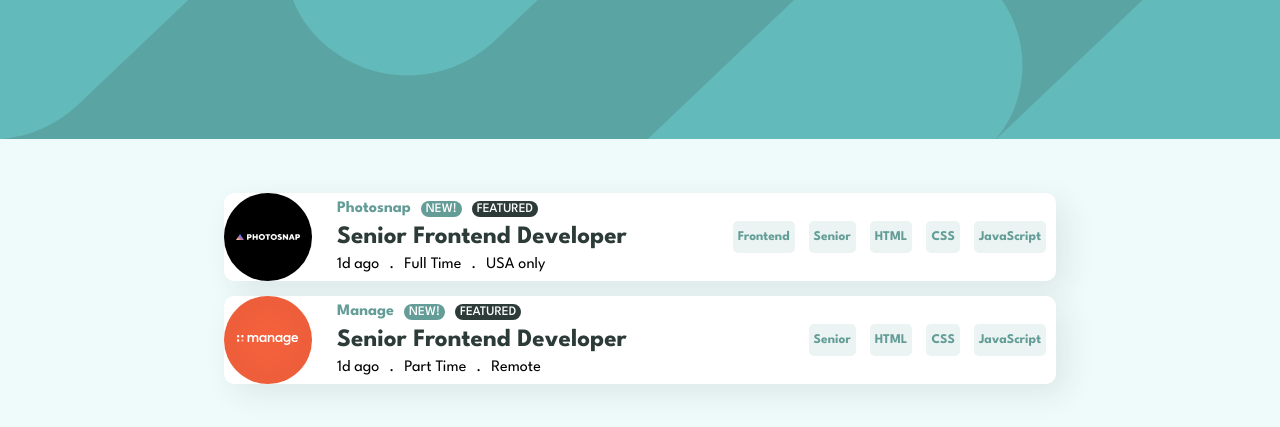
Repository: Eldream12/JobListing
Page: index.html
An editor plug-in stored every save of this project. The page is shown before and after a run of saves, followed by the edit.
The browser window is 1280 px wide. The pictures show the whole page.

Above is the page before, as saved 2025-03-31 21:54:13.

### index.html
<!DOCTYPE html>
<html lang="en">
	<head>
		<meta charset="UTF-8" />
		<meta name="viewport" content="width=device-width, initial-scale=1.0" />
		<title>Job Listing</title>
		<link rel="stylesheet" href="style/style.css" />
	</head>

	<body>
		<header>
			<div>
				<img src="Images/bg-header-desktop.svg" alt="NavHeader" />
			</div>
		</header>

		<main>
			<div class="content-carrier">
				<div class="content">
					<div class="ctn">
						<img src="Images/photosnap.svg" alt="photosnap" />
						<div class="content-text">
							<div class="txt-1">
								<h4>Photosnap</h4>
								<div class="btn-1">
									<button>NEW!</button>
								</div>
								<div class="btn-2">
									<button>FEATURED</button>
								</div>
							</div>
							<div class="txt-2">
								<h2>Senior Frontend Developer</h2>
							</div>
							<div class="txt-3">
								<p>1d ago</p>
								<p>.</p>
								<p>Full Time</p>
								<p>.</p>
								<p>USA only</p>
							</div>
						</div>
					</div>

					<div class="btn">
						<button>Frontend</button>
						<button>Senior</button>
						<button>HTML</button>
						<button>CSS</button>
						<button>JavaScript</button>
					</div>
				</div>

				<div class="content">
					<div class="ctn">
						<img src="Images/manage.svg" alt="photosnap" />
						<div class="content-text">
							<div class="txt-1">
								<h4>Manage</h4>
								<div class="btn-1">
									<button>NEW!</button>
								</div>
								<div class="btn-2">
									<button>FEATURED</button>
								</div>
							</div>
							<div class="txt-2">
								<h2>Senior Frontend Developer</h2>
							</div>
							<div class="txt-3">
								<p>1d ago</p>
								<p>.</p>
								<p>Part Time</p>
								<p>.</p>
								<p>Remote</p>
							</div>
						</div>
					</div>

					<div class="btn">
						<!-- <button>Frontend</button> -->
						<button>Senior</button>
						<button>HTML</button>
						<button>CSS</button>
						<button>JavaScript</button>
					</div>
				</div>
			</div>
		</main>
		<footer></footer>
	</body>
</html>

### style/style.css
@import url("https://fonts.googleapis.com/css2?family=League+Spartan:wght@100..900&display=swap");

* {
	font-family: League Spartan;
	margin: 0;
	padding: 0;
	box-sizing: border-box;
}

html body {
	background-color: hsl(180, 52%, 96%);
}

header img {
	width: 100%;
	background-color: hsl(180, 29%, 50%);
	margin-bottom: 50px;
}

.content-carrier .content {
	display: flex;
	background-color: #ffffff;
	align-items: center;
	justify-content: space-between;
	max-width: 65%;
	margin: auto;
	/* padding: 15px 5px 15px 5px; */
	gap: 90px;
	border-radius: 10px;
	box-shadow: #2c3b3817 10px 10px 30px;
	margin-bottom: 15px;
}

.content-carrier .content .txt-1 {
	display: flex;
}

.content-carrier .content .txt-3 {
	display: flex;
}

.content-carrier .content .ctn {
	display: flex;
	align-items: center;
}

.content .ctn img {
	margin-right: 25px;
}

.content .btn button {
	background-color: #ebf4f3;
	border: none;
	padding: 10px 5px 10px 5px;
	border-radius: 5px;
	color: #649d97;
	font-weight: 700;
	margin-right: 10px;
}

.content .txt-1 h4 {
	color: #649d97;
}

.content .txt-1 .btn-1 button {
	background-color: #649d97;
}

.content .txt-1 .btn-2 button {
	background-color: #2c3b38;
}

.content .txt-1 button {
	font-size: 13px;
	font-weight: 500;
	color: #ffffff;
	border: none;
	padding: 2px 5px 2px 5px;
	border-radius: 10px;
	margin-left: 10px;
}

.content .txt-2 h2 {
	margin: 8px 0 8px 0;
	font-size: 25px;
	color: #2c3b38;
}

.content .txt-3 p {
	margin-right: 10px;
}

After the next 2 saves:
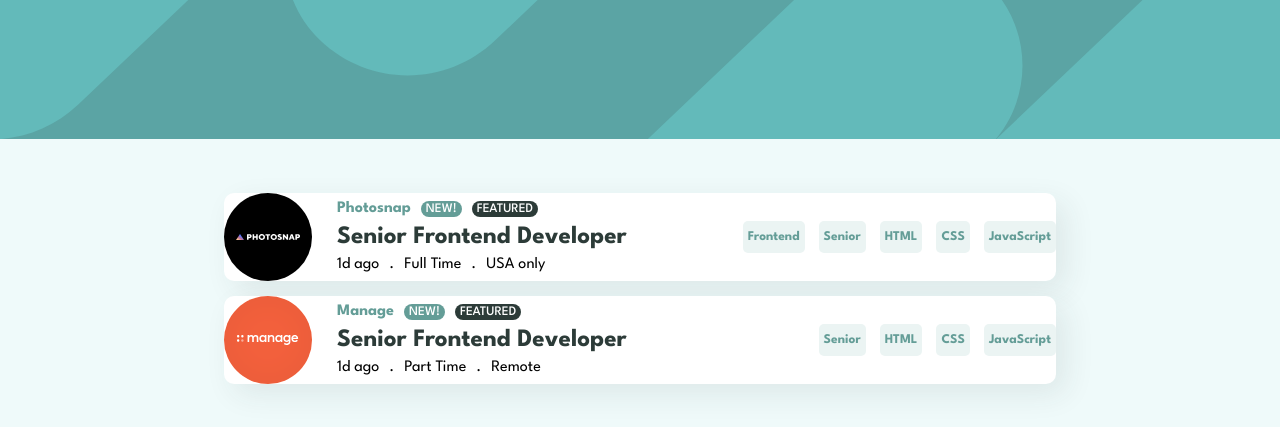
The 2 saves are shown as one change because they came seconds apart.
The last was saved 6 s later.
--- a/style/style.css
+++ b/style/style.css
@@ -55,7 +55,7 @@ header img {
 	border-radius: 5px;
 	color: #649d97;
 	font-weight: 700;
-	margin-right: 10px;
+	margin-left: 10px;
 }
 
 .content .txt-1 h4 {
